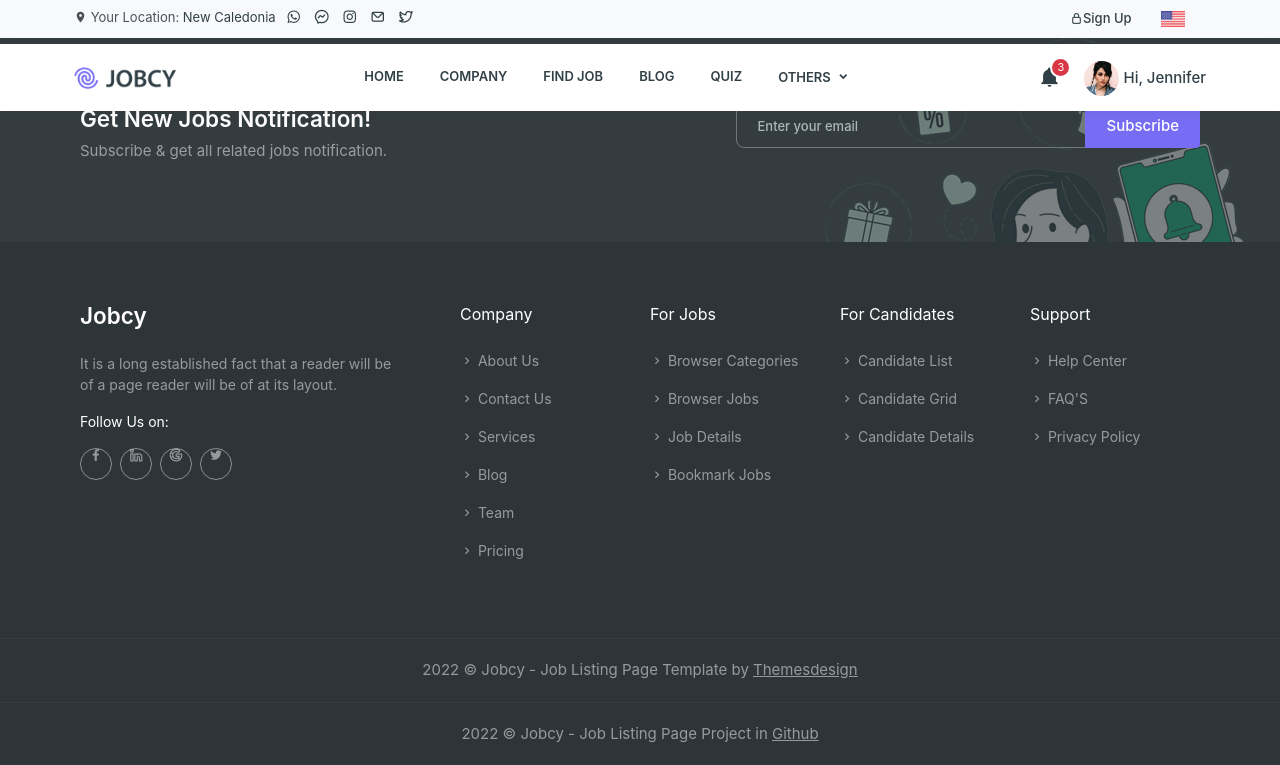
Repository: waflol/hrpm-frontend
Page: / (app in frontend/)
The author's editor kept a copy of each file at every save. The page is drawn from the files as they stood at one save, then again after the next save.
The browser window is 1280 px wide. The pictures show the whole page.
The project was rebuilt for these pictures with package versions that can differ from the ones it lists, and the page was loaded fresh each time. Also part of the build but not shown: frontend/craco.config.js, frontend/src/shared/components/Navigations/LoginButton.jsx.

Above is the page before, as saved 2022-10-13 15:17:54.

### frontend/src/App.js
import MainNavBar from './shared/components/Navigations/MainNavBar';
import MainTopBar from './shared/components/TopBar/MainTopBar';
import { BrowserRouter, Routes, Route } from 'react-router-dom';
import Footer from './shared/components/Footer';
function App() {
  return (
    <div className="App">
      <BrowserRouter>
        <Routes>
          <Route
            path='/'
            element={
              <div>
                <div>
                  <MainTopBar/>
                  <MainNavBar/>
                </div>
                <section>
                  se
                </section>
                <div>
                <Footer/>
                </div>

              </div>
            }>
          </Route>
        </Routes>
      </BrowserRouter>
    </div>
  );
}

export default App;

### frontend/src/shared/components/Navigations/MainNavBar.jsx
import React from "react";
import {Container} from "reactstrap";
import LogoCompany from "./LogoCompany";
import NavToggler from "./NavToggler";
import Notification from "./Notification";
import UserSetting from "./UserSetting";
import LoginButton from "./LoginButton";
const MainNavBar = () => {
  return (
    <React.Fragment>
      <nav className="navbar navbar-expand-lg fixed-top sticky p-0 " id="navigation">
        <Container fluid className="custom-container">
          <LogoCompany/>
          <NavToggler/>

          <ul className="header-menu list-inline d-flex align-items-center mb-0">
            <Notification/>
            <UserSetting/>
          </ul>
        </Container>
      </nav>
    </React.Fragment>
  )
}

export default MainNavBar;

### frontend/src/shared/components/TopBar/MainTopBar.jsx
import React from "react";
import {Col, Container, Row} from "reactstrap";

import YourLocations from "./YourLocations";
import SignUpLink from "./SignUpLink";
import LanguageSelector from "./LanguageSelector";

const MainTopBar = () => {
  return (
    <React.Fragment>
      <div className="top-bar" style={{zIndex: 1030}}>
        <Container fluid className="custom-container">
          <Row className="g-0 align-items-center">
            <YourLocations/>

            <Col md={5}>
              <ul className="list-inline mb-0 text-center text-md-end">
                <SignUpLink/>
                <LanguageSelector/>
              </ul>
            </Col>
          </Row>
        </Container>
      </div>
    </React.Fragment>
  );
};

export default MainTopBar;

### frontend/src/shared/components/Footer/index.jsx
import React from 'react'
import MainFooter from './MainFooter'
import FooterAlt from './FooterAlt'
import Subscribe from './Subscribe'
const Index = () => {
  return (
    <React.Fragment>
        <Subscribe/>
        <MainFooter/>
        <FooterAlt/>
    </React.Fragment>
  )
}

export default Index

### frontend/src/shared/components/Navigations/LogoCompany.jsx
import React from 'react'
import { Link } from 'react-router-dom';
import darkLogo from "../../../assets/images/logo-dark.png";
import lightLogo from "../../../assets/images/logo-light.png";
const LogoCompany = () => {
    return (
        <Link className="navbar-brand text-dark fw-bold me-auto" to="/">
            <img src={darkLogo} height="22" alt="" className="logo-dark" />
            <img src={lightLogo} height="22" alt="" className="logo-light" />
        </Link>
    )
}

export default LogoCompany

### frontend/src/shared/components/Navigations/NavToggler.jsx
import React, { useState } from "react";
import NavLinks from "./NavLinks";
import { Collapse, NavbarToggler } from "reactstrap";
const NavToggler = () => {
    const [isOpen, setIsOpen] = useState(false);
    const toggle = () => setIsOpen(!isOpen);
    return (
        <>
            <div>
                <NavbarToggler className="me-3" type="button" onClick={() => toggle()}>
                    <i className="mdi mdi-menu"></i>
                </NavbarToggler>
            </div>
            <Collapse isOpen={isOpen} className="navbar-collapse" id="navbarCollapse">
                <NavLinks />
            </Collapse>
        </>

    )
}

export default NavToggler;

### frontend/src/shared/components/Navigations/UserSetting.jsx
import React, { useState } from "react";
import {
    Dropdown,
    DropdownToggle,
    DropdownMenu,
} from "reactstrap";
import profileImage from "../../../assets/images/profile.jpg";
import { Link } from 'react-router-dom';

const UserSetting = () => {
    const [userProfile, setUserProfile] = useState(false);
    const dropDownuserprofile = () => setUserProfile((prevState) => !prevState);
    return (
        <Dropdown
            onClick={() => setUserProfile(!userProfile)}
            isOpen={userProfile}
            toggle={dropDownuserprofile}
            className="list-inline-item">
            <DropdownToggle to="#" className="header-item" id="userdropdown" type="button" tag="a" aria-expanded="false">
                <img src={profileImage} alt="mdo" width="35" height="35" className="rounded-circle me-1" />
                <span className="d-none d-md-inline-block fw-medium">Hi, Jennifer</span>
            </DropdownToggle>
            <DropdownMenu className="dropdown-menu-end" aria-labelledby="userdropdown" end>
                <li><Link className="dropdown-item" to="/managejobs">Manage Jobs</Link></li>
                <li><Link className="dropdown-item" to="/bookmarkjobs">Bookmarks Jobs</Link></li>
                <li><Link className="dropdown-item" to="/myprofile">My Profile</Link></li>
                <li><Link className="dropdown-item" to="/signout">Logout</Link></li>
            </DropdownMenu>
        </Dropdown>
    )
}

export default UserSetting

### frontend/src/shared/components/TopBar/YourLocations.jsx
import React from "react";
import {Col} from "reactstrap";
import { Link } from "react-router-dom";
import { iconTobar } from "./IconBar";
//import images

const YourLocations = () => {
    return (
        <Col md={7}>
            <ul className="list-inline mb-0 text-center text-md-start">
                <li className="list-inline-item">
                    <p className="fs-13 mb-0">
                        {" "}
                        <i className="mdi mdi-map-marker"></i> Your Location:{" "}
                        <Link to="#" className="text-dark">
                            New Caledonia
                        </Link>
                    </p>
                </li>
                <li className="list-inline-item">
                    <ul className="topbar-social-menu list-inline mb-0">
                        {(iconTobar || []).map((icon, key) => (
                            <li className="list-inline-item" key={key}>
                                <Link to="/" className="social-link">
                                    <i className={icon.classname}></i>
                                </Link>
                            </li>
                        ))}
                    </ul>
                </li>
            </ul>
        </Col>
    )
}

export default YourLocations

### frontend/src/shared/components/TopBar/LanguageSelector.jsx
import React, { useState } from "react";
import {
    Dropdown,
    DropdownToggle,
    DropdownMenu,
    DropdownItem,
} from "reactstrap";

//import images
import flagUs from "../../../assets/images/flags/us.jpg";
import flagSp from "../../../assets/images/flags/spain.jpg";
import flagGr from "../../../assets/images/flags/germany.jpg";
import flagIt from "../../../assets/images/flags/italy.jpg";
import flagRu from "../../../assets/images/flags/russia.jpg";

const LanguageSelector = () => {
    //Language Dropdown
    const [dropdownOpen, setDropdownOpen] = useState(false);

    const toggle = () => setDropdownOpen((prevState) => !prevState);
    return (
        <li className="list-inline-item align-middle">
            <Dropdown
                isOpen={dropdownOpen}
                toggle={toggle}
                className="d-inline-block language-switch"

            >
                <DropdownToggle tag="button" type="button" className="btn">
                    <img
                        src={flagUs}
                        alt=""
                        height="16"
                    />
                </DropdownToggle>

                <DropdownMenu className="dropdown-menu-end" end>
                    <DropdownItem
                        to="/"
                        className="dropdown-item notify-item language"
                        data-lang="eng"
                    >
                        <img
                            src={flagUs}
                            alt=""
                            className="me-1"
                            height="12"
                        />
                        <span className="align-middle">English</span>
                    </DropdownItem>
                    <DropdownItem
                        to="/"
                        className="dropdown-item notify-item language"
                        data-lang="sp"
                    >
                        <img
                            src={flagSp}
                            alt=""
                            className="me-1"
                            height="12"
                        />
                        <span className="align-middle">Spanish</span>
                    </DropdownItem>
                    <DropdownItem
                        to="/"
                        className="dropdown-item notify-item language"
                        data-lang="gr"
                    >
                        <img
                            src={flagGr}
                            alt=""
                            className="me-1"
                            height="12"
                        />
                        <span className="align-middle">German</span>
                    </DropdownItem>
                    <DropdownItem
                        to="/"
                        className="dropdown-item notify-item language"
                        data-lang="it"
                    >
                        <img
                            src={flagIt}
                            alt=""
                            className="me-1"
                            height="12"
                        />
                        <span className="align-middle">Italian</span>
                    </DropdownItem>
                    <DropdownItem
                        to="/"
                        className="dropdown-item notify-item language"
                        data-lang="ru"
                    >
                        <img
                            src={flagRu}
                            alt=""
                            className="me-1"
                            height="12"
                        />
                        <span className="align-middle">Russian</span>
                    </DropdownItem>
                </DropdownMenu>
            </Dropdown>
        </li>
    )
}

export default LanguageSelector

### frontend/src/shared/components/Footer/MainFooter.jsx
import React from 'react'
import { Row, Col, Container } from 'reactstrap'
import { Link } from "react-router-dom";
const MainFooter = () => {
  const footer = [
    {
        id: 1,
        title: "Company",
        menu: [
            {
                id: 1,
                link: "/about",
                subTitle: "About Us"
            },
            {
                id: 2,
                link: "/contact",
                subTitle: "Contact Us"
            },
            {
                id: 3,
                link: "/services",
                subTitle: "Services"
            },
            {
                id: 4,
                link: "/blog",
                subTitle: "Blog"
            },
            {
                id: 5,
                link: "/team",
                subTitle: "Team"
            },
            {
                id: 6,
                link: "/pricing",
                subTitle: "Pricing"
            },
        ]
    },
    {
        id: 2,
        title: "For Jobs",
        menu: [
            {
                id: 1,
                link: "/jobscategories",
                subTitle: "Browser Categories"
            },
            {
                id: 2,
                link: "/joblist",
                subTitle: "Browser Jobs"
            },
            {
                id: 3,
                link: "/jobdetails",
                subTitle: "Job Details"
            },
            {
                id: 4,
                link: "/bookmarkjobs",
                subTitle: "Bookmark Jobs"
            },
        ]
    },
    {
        id: 3,
        title: "For Candidates",
        menu: [
            {
                id: 1,
                link: "/candidatelist",
                subTitle: "Candidate List"
            },
            {
                id: 2,
                link: "/candidategrid",
                subTitle: "Candidate Grid"
            },
            {
                id: 3,
                link: "/candidatedetails",
                subTitle: "Candidate Details"
            }
        ]
    },
    {
        id: 4,
        title: "Support",
        menu: [
            {
                id: 1,
                link: "/contact",
                subTitle: "Help Center"
            },
            {
                id: 2,
                link: "/faqs",
                subTitle: "FAQ'S"
            },
            {
                id: 3,
                link: "/privacyandpolicy",
                subTitle: "Privacy Policy"
            }
        ]
    },
];
const footerIcons = [
    {
        id: 1,
        socialIcon: "uil uil-facebook-f",
    },
    {
        id: 2,
        socialIcon: "uil uil-linkedin-alt",
    },
    {
        id: 3,
        socialIcon: "uil uil-google",
    },
    {
        id: 4,
        socialIcon: "uil uil-twitter",
    }
];
return (
    <React.Fragment>
        <section className="bg-footer">
            <Container>
                <Row>
                    <Col lg={4}>
                        <div className="footer-item mt-4 mt-lg-0 me-lg-5">
                            <h4 className="text-white mb-4">Jobcy</h4>
                            <p className="text-white-50">It is a long established fact that a reader will be of a page reader
                                will be of at its layout.</p>
                            <p className="text-white mt-3">Follow Us on:</p>
                            <ul className="footer-social-menu list-inline mb-0" >
                                {(footerIcons).map((footerIcondetails, key) => (
                                    <li className="list-inline-item" key={key}>
                                        <Link to="#" className=""><i className={footerIcondetails.socialIcon}></i></Link>
                                    </li>
                                ))}
                            </ul>
                        </div>
                    </Col>
                    {(footer).map((footerdetails, key) => (
                        <Col lg={2} xs={6} key={key}>
                            <div className="footer-item mt-4 mt-lg-0">
                                <p className="fs-16 text-white mb-4">{footerdetails.title}</p>
                                {(footerdetails.menu || []).map((menuInner, key) => (
                                    <ul className="list-unstyled footer-list mb-0" key={key}>
                                        <li><Link to={menuInner.link}><i className="mdi mdi-chevron-right"></i> {menuInner.subTitle}</Link></li>
                                    </ul>
                                ))}
                            </div>
                        </Col>
                    ))}
                </Row>
            </Container>
        </section>
        <div className="footer-alt">
            <Container >
                <Row >
                    <Col lg={12}>
                        <p className="text-white-50 text-center mb-0">
                            {new Date().getFullYear()} &copy; Jobcy - Job Listing Page
                            Template by <Link to="//themesdesign.in/" target="_blank"
                                className="text-reset text-decoration-underline">Themesdesign</Link>
                        </p>
                    </Col>
                </Row>
            </Container>
        </div>
    </React.Fragment>
)
}

export default MainFooter

### frontend/src/shared/components/Footer/FooterAlt.jsx
import React from 'react'
import { Row, Col, Container } from 'reactstrap'

const FooterAlt = () => {
  return (
    <div className="footer-alt">
      <Container >
        <Row >
          <Col lg={12}>
            <p className="text-white-50 text-center mb-0">
              {new Date().getFullYear()} &copy; Jobcy - Job Listing Page
              Project in <a
                href="https://github.com/waflol/hrpm" target="_blank" rel="noreferrer" className="text-reset text-decoration-underline">
                Github
              </a>
            </p>
          </Col>
        </Row>
      </Container>
    </div>
  )
}

export default FooterAlt

### frontend/src/shared/components/Footer/Subscribe.jsx
import React from 'react';
import { Col, Container, Row } from "reactstrap";

//Import Image
import subscribeImg from "../../../assets/images/subscribe.png";

const Subscribe = () => {
  return (
    <section className="bg-subscribe">
      <Container>
        <Row className="justify-content-between align-items-center">
          <Col lg={6}>
            <div className="text-center text-lg-start">
              <h4 className="text-white">Get New Jobs Notification!</h4>
              <p className="text-white-50 mb-0">Subscribe & get all related jobs notification.</p>
            </div>
          </Col>
          <Col lg={6}>
            <div className="mt-4 mt-lg-0">
              <form className="subscribe-form" action="#">
                <div className="input-group justify-content-center justify-content-lg-end">
                  <input type="text" className="form-control" id="subscribe" placeholder="Enter your email" />
                  <button className="btn btn-primary" type="button" id="subscribebtn">Subscribe</button>
                </div>
              </form>
            </div>
          </Col>
        </Row>
      </Container>
      <div className="email-img d-none d-lg-block">
        <img src={subscribeImg} alt="" className="img-fluid" />
      </div>
    </section>
  );
};

export default Subscribe

### frontend/src/shared/components/Navigations/NavLinks.jsx
import React, { useState } from "react";
import classname from "classnames";
import {NavItem,NavLink} from "reactstrap";
import { Link } from 'react-router-dom';
const NavLinks = () => {
    const [home, setHome] = useState(false);
    const [company, setCompany] = useState(false);
    const [blog, setBlog] = useState(false);

    return (
        <ul className="navbar-nav mx-auto navbar-center">
            <NavItem className="dropdown dropdown-hover">
                <NavLink to="/" id="homedrop" className="arrow-none" onClick={() => setHome(!home)}> Home </NavLink>
            </NavItem>
            <NavItem className="dropdown dropdown-hover">
                <NavLink to="/" id="company" className="arrow-none"> Company </NavLink>
            </NavItem>
            <NavItem className="dropdown dropdown-hover">
                <NavLink to="/findjob" id="findjob" className="arrow-none"> Find Job </NavLink>
            </NavItem>
            <NavItem className="dropdown dropdown-hover">
                <NavLink to="/blog" id="productdropdown" role="button" data-bs-toggle="dropdown" onClick={() => setBlog(!blog)}>
                    Blog
                </NavLink>
            </NavItem>
            <NavItem>
                <NavLink className="nav-link" to="/quizz" id="quizz">Quiz</NavLink>
            </NavItem>
            <NavItem className="dropdown dropdown-hover">
                <NavLink to="/#" id="jobsdropdown" role="button" onClick={() => setCompany(!company)}>
                    Others <div className="arrow-down"></div>
                </NavLink>
                <ul className={classname("dropdown-menu dropdown-menu-center", { show: company })} aria-labelledby="jobsdropdown">
                    <li><Link className="dropdown-item" to="/aboutus">About Us</Link></li>
                    <li><Link className="dropdown-item" to="/services">Services</Link></li>
                    <li><Link className="dropdown-item" to="/team">Team</Link></li>
                    <li><Link className="dropdown-item" to="/pricing">Pricing</Link></li>
                    <li><Link className="dropdown-item" to="/privacyandpolicy">Priacy & Policy</Link></li>
                    <li><Link className="dropdown-item" to="/faqs">Faqs</Link></li>
                    <li><Link className="dropdown-item" to="/contact">Contact</Link></li>
                </ul>
            </NavItem>
        </ul>
    )
}

export default NavLinks;

### frontend/src/shared/components/TopBar/IconBar.jsx
export const iconTobar = [
    {
        id: 1,
        classname: "uil uil-whatsapp",
    },
    {
        id: 2,
        classname: "uil uil-facebook-messenger-alt",
    },
    {
        id: 3,
        classname: "uil uil-instagram",
    },
    {
        id: 4,
        classname: "uil uil-envelope",
    },
    {
        id: 5,
        classname: "uil uil-twitter-alt",
    },
];

Loaded but not shown: frontend/public/index.html (common file); frontend/src/index.js (common file); frontend/src/index.css (common file); frontend/public/assets/css/bootstrap-purple.min.css (library); frontend/public/assets/css/icons.min.css (library); frontend/public/assets/css/app-purple.min.css (library); frontend/src/shared/components/TopBar/SignUpLink.jsx (136 lines, source omitted); frontend/src/shared/components/Navigations/Notification.jsx (104 lines, source omitted)

After the next save:
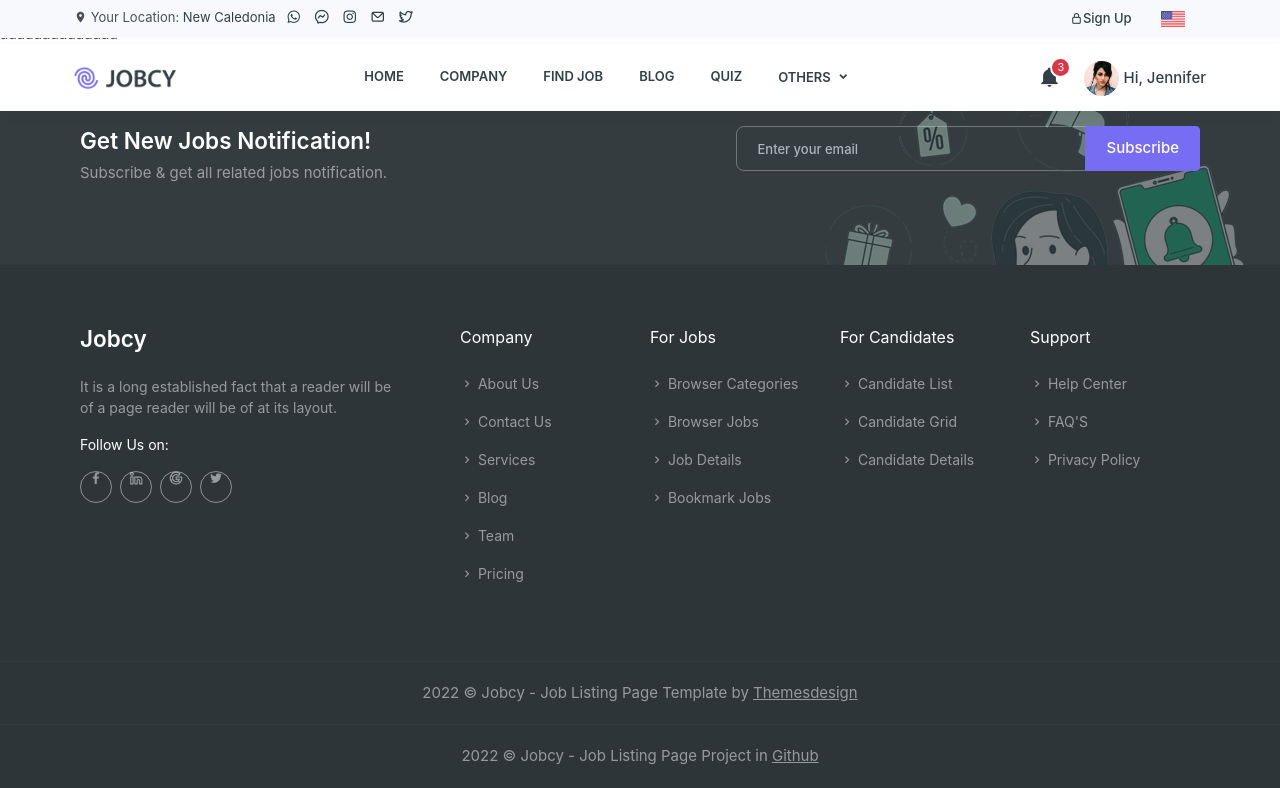
Saved 20 s later.
--- a/frontend/src/App.js
+++ b/frontend/src/App.js
@@ -16,7 +16,10 @@ function App() {
                   <MainNavBar/>
                 </div>
                 <section>
-                  se
+                  <br/>
+                  <div>
+                    aaaaaaaaaaaaaa
+                  </div>
                 </section>
                 <div>
                 <Footer/>
